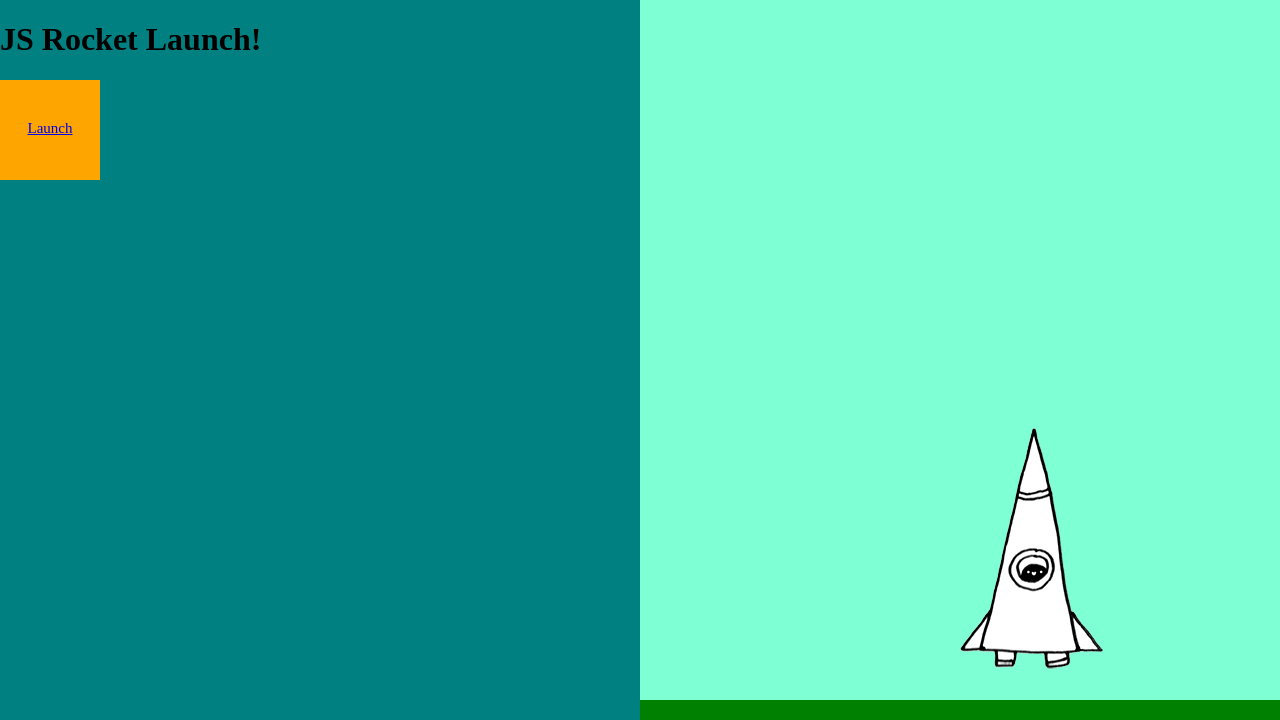
Repository: alcarrizo/Rocket-launch
Page: index.html
These files come from the project's save history. The page is drawn as it stood at one moment and after the next save; the edit follows.
The browser window is 1280 px wide. The pictures show the whole page.

Above is the page before, as saved 2022-10-20 16:00:21.

### index.html
<!DOCTYPE html>
<html lang="en">
<head>
    <meta charset="UTF-8">
    <meta http-equiv="X-UA-Compatible" content="IE=edge">
    <meta name="viewport" content="width=device-width, initial-scale=1.0">
    <title>Rocket Launch sequence</title>
    <script type="text/javascript" src="js/script.js"> </script>
    <link rel="stylesheet" href="css/style.css">
</head>
<body class="body-state1" id="body">
    <div class="left">
        <div class="state1">
            <h1>JS Rocket Launch!</h1>
            <a href="#" class="button" onclick="changeState(2);">Launch</a>
        </div>
        <div class="state2">
            <h1 class="countdown" id="countdown">10</h1>
            <a href="#" class="button" onclick="changeState(1);">Abort</a>
        </div>
        <div class="state3">
            <h1>Lift Off!</h1>
        </div>
        <div class="state4">
            <h1>Well done!</h1>
            <a href="#" class="button" onclick="changeState(1);">Do it again</a>
        </div>
        <div class="state5">
            <h1>Oh No!!!!</h1>
            <a href="#" class="button" onclick="changeState(1);">Try Again!</a>
        </div>
    </div>

    <div class="right">
        <div class="rocket" id="rocket"></div>
        <div class="ground"></div>
    </div>
</body>
</html>

### js/script.js
/*var countDown = function (i) {
    console.log(i)
    setTimeout(function () {
        i--
        document.getElementById("countdown").innerHTML = i;
        if (document.getElementById('body').className != 'body-state1') {
            if (i > 0) {
                countDown(i)
            }
            else {
                changeState(3)
            }
        }

    }, 1000)
}*/
var timer = null;
var CountDownNum = 10;
var changeState = function (state) {
    document.body.className = 'body-state' + state;
    clearInterval(timer);
    if (state != 2 && document.getElementById('countdown').innerHTML != 10) {
        CountDownNum = 10;
        document.getElementById('countdown').innerHTML = CountDownNum;
    }
    if (state == 2) {
        timer = setInterval(() => {
            CountDownNum -= 1;
            document.getElementById('countdown').innerHTML = CountDownNum;

            if (CountDownNum <= 0) {
                changeState(3);

            }
        }, 200);
    }
    else if (state == 3) {
        var success = setTimeout(() => {
            var randomNum = Math.round(Math.random() * 10)
            //success
            console.log('random number: ' + randomNum)
            if (randomNum > 5) {
                changeState(4)
            }
            else {
                //fail
                changeState(5)
            }

        }, 2000);
    }
    // if (state == 1) {
    //     document.body.className = 'body-state1'
    // }
    // else if (state == 2) {
    //     document.body.className = 'body-state2'
    //     countDown(10)
    //     // for (let i = 10; i >= 0; i--) {
    //     //     setTimeout()
    //     //     document.getElementById("countdown").innerHTML = i;
    //     // }
    // }
    // else if (state == 3) {
    //     document.body.className = 'body-state3'
    //     document.getElementById('rocket').className = 'rocket flying';
    // }
    // else if (state == 4) {
    //     document.body.className = 'body-state4'
    // }
    // else {
    //     document.body.className = 'body-state5'
    // }
    // for (let i = 10; i >= 0; i--) {
    //     bdy.content = i;
    // }
    //document.getElementById('rocket').className = 'rocket flying';
}

### css/style.css
body {
    position: relative;
}

.left {
    position: fixed;
    box-sizing: border-box;
    width: 50%;
    height: 100%;
    top: 0;
    left: 0;
    background-color: teal;
}

.right {
    position: fixed;
    box-sizing: border-box;
    width: 50%;
    height: 100%;
    top: 0;
    right: 0;
    background-color: aquamarine;
}

.rocket {
    position: absolute;
    left: 50%;
    bottom: 20px;
    width: 20px;
    height: 100px;
    background-color: blue;
    transition: bottom 10s;

}

.body-state1 .rocket {
    transition: none;
    width: 143px;
    height: 272px;
    background: url("../img/rocket-state1.png") no-repeat 0 0;
    background-size: 100%;

}

.body-state3 .rocket,
.body-state4 .rocket {
    bottom: 1000px;
}


.ground {
    background-color: green;
    position: absolute;
    bottom: 0;
    left: 0;
    width: 100%;
    height: 20px;
}

a {}

a.button {
    display: block;
    box-sizing: border-box;
    text-align: center;
    padding-top: 40px;
    height: 100px;
    width: 100px;
    font-size: 15px;
    background-color: orange;

}

.state1,
.state2,
.state3,
.state4,
.state5 {
    display: none;
}

body.body-state1 .state1 {
    display: block;
}

body.body-state2 .state2 {
    display: block;
}

body.body-state3 .state3 {
    display: block;
}

body.body-state4 .state4 {
    display: block;
}

body.body-state5 .state5 {
    display: block;
}

After the next save:
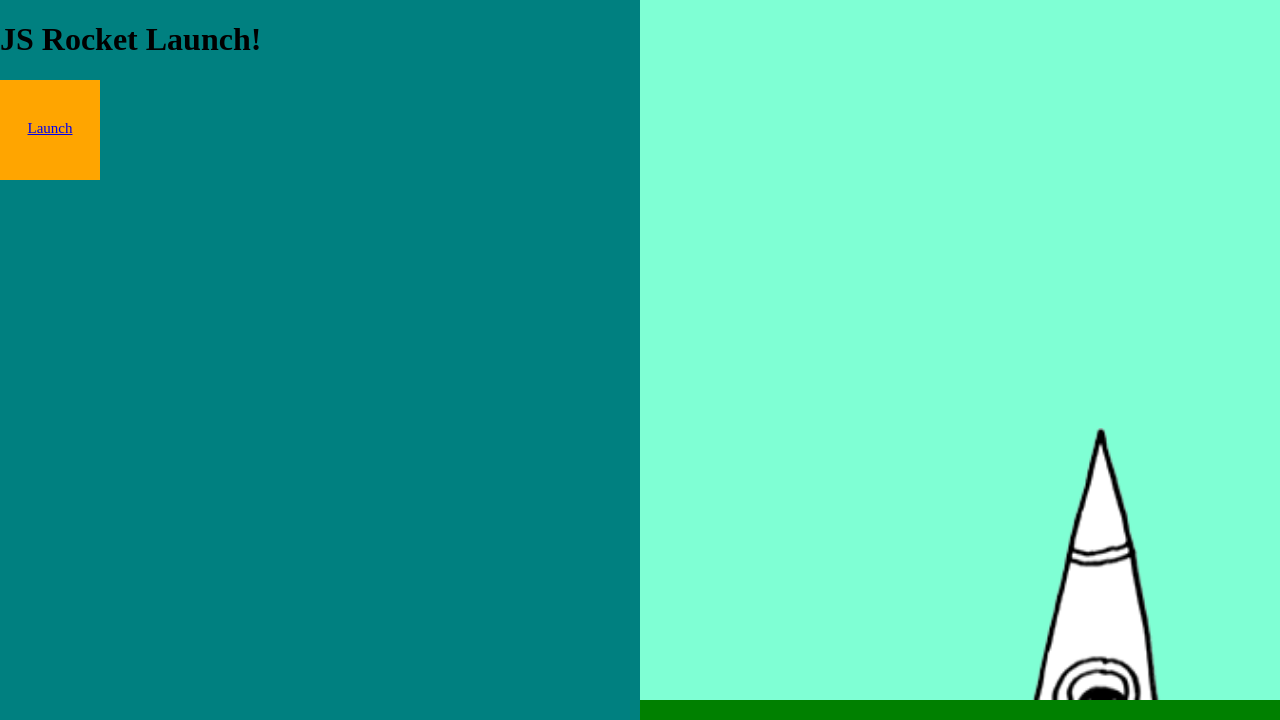
Saved 8 s later.
--- a/css/style.css
+++ b/css/style.css
@@ -35,7 +35,7 @@ body {
 
 .body-state1 .rocket {
     transition: none;
-    width: 143px;
+    width: 272px;
     height: 272px;
     background: url("../img/rocket-state1.png") no-repeat 0 0;
     background-size: 100%;
